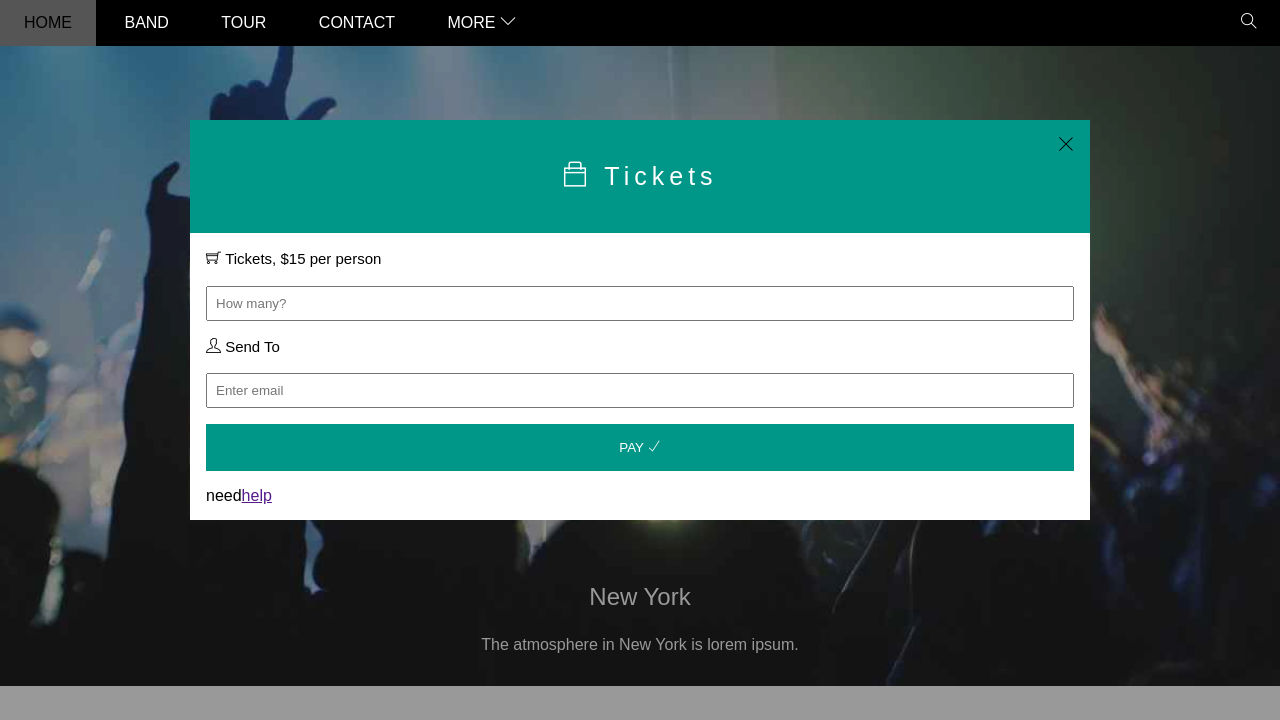
Repository: tung1233hhhhhhhhhhhhh/Website
Page: w3_band/index.html
An editor plug-in stored every save of this project. The page is shown before and after the next save, followed by the edit.
The browser window is 1280 px wide. The pictures show the window.
A layer covers the whole window, so only the first screen is drawn.

Above is the page before, as saved 2023-02-18 21:46:49.

### w3_band/index.html
<!DOCTYPE html>
<html lang="en">

<head>
    <meta charset="UTF-8">
    <meta http-equiv="X-UA-Compatible" content="IE=edge">
    <meta name="viewport" content="width=device-width, initial-scale=1.0">
    <title>Document</title>
    <link rel="stylesheet" href="./assets/css/style.css">
    <link rel="stylesheet" href="/w3_band/assets/fonts/themify-icons/themify-icons.css">
    <link rel="stylesheet" href="./modal.js">
</head>

<body>
    <div id="main">
        <div id="header">
            <div id="nav">
                <ul>
                    <li><a href="">Home</a></li>
                    <li><a href="">Band</a></li>
                    <li><a href="">Tour</a></li>
                    <li><a href="">Contact</a></li>
                    <li class="icon">
                        <a href="">
                            More
                            <i class="ti-angle-down"></i>
                        </a>
                        <div class="subnav">
                            <ul>
                                <li><a href="">Merchandise</a></li>
                                <li><a href="">Extras</a></li>
                                <li><a href="">Media</a></li>
                            </ul>
                        </div>
                    </li>
                </ul>
                <div class="icon-search">
                    <i class="ti-search"></i>
                </div>
            </div>
        </div>

        <div id="slider">
            <div class="silder-content">
                <h2 class="silder-heading">New York</h2>
                <p class="silder-discreption">The atmosphere in New York is lorem ipsum.</p>
            </div>
        </div>

        <div id="content">
            <!-- about content -->
            <div class="content-selection">
                <h2 class="text-heading">THE BAND</h2>
                <p class="text-sub-heading">We love music</p>
                <p class="text-content">
                    We have created a fictional band website. Lorem ipsum dolor sit amet, consectetur adipiscing elit,
                    sed do eiusmod tempor incididunt ut labore et dolore magna aliqua. Ut enim ad minim veniam, quis
                    nostrud exercitation ullamco laboris nisi ut aliquip ex ea commodo consequat. Duis aute irure dolor
                    in reprehenderit in voluptate velit esse cillum dolore eu fugiat nulla pariatur. Excepteur sint
                    occaecat cupidatat non proident, sunt in culpa qui officia deserunt mollit anim id est laborum
                    consectetur adipiscing elit, sed do eiusmod tempor incididunt ut labore et dolore magna aliqua. Ut
                    enim ad minim veniam, quis nostrud exercitation ullamco laboris nisi ut aliquip ex ea commodo
                    consequat.
                </p>
                <!-- img -->
                <div class="team-selection">
                    <div class="sub-selection">
                        <p class="text-selection">Team</p>
                        <img src="/w3_band/assets/img/name.jpg" alt="" class="img-selection">
                    </div>

                    <div class="sub-selection">
                        <p class="text-selection">Team</p>
                        <img src="/w3_band/assets/img/name.jpg" alt="" class="img-selection">
                    </div>

                    <div class="sub-selection">
                        <p class="text-selection">Team</p>
                        <img src="/w3_band/assets/img/name.jpg" alt="" class="img-selection">
                    </div>
                </div>
            </div>

            <!-- tour content -->

            <div class="content-tour">
                <div class="tour-body">
                    <div class="content-selection">
                        <h2 class="text-heading">TOUR DATES</h2>
                        <p class="text-sub-heading">Remember to book your tickets!</p>
                    </div>

                    <ul class="tour-text">
                        <li>
                            September
                            <span>Sold out</span>
                        </li>
                        <li>
                            October
                            <span>Sold out</span>
                        </li>
                        <li>
                            November
                            <span class="number">3</span>
                        </li>
                    </ul>

                    <div class="tour-list">
                        <div class="tourimg-selection">
                            <img src="/w3_band/assets/img/anh1.jpg" alt="">
                            <div class="container">
                                <p>
                                    <b>New York</b>
                                </p>
                                <p style="opacity: 0.6;">Fri 27 Nov 2016</p>
                                <p>Praesent tincidunt sed tellus ut rutrum sed vitae justo.</p>
                                <button> Buy Tickets</button>
                            </div>


                        </div>
                        <div class="tourimg-selection">
                            <img src="/w3_band/assets/img/anh2.jpg" alt="">
                            <div class="container">
                                <p>
                                    <b>Paris</b>
                                </p>
                                <p style="opacity: 0.6;">Sat 28 Nov 2016</p>
                                <p>Praesent tincidunt sed tellus ut rutrum sed vitae justo.</p>
                                <button> Buy Tickets</button>
                            </div>
                        </div>
                        <div class="tourimg-selection">
                            <img src="/w3_band/assets/img/anh3.jpg" alt="">
                            <div class="container">
                                <p>
                                    <b>San Francisco</b>
                                </p>
                                <p style="opacity: 0.6;">Sun 29 Nov 2016</p>
                                <p>Praesent tincidunt sed tellus ut rutrum sed vitae justo.</p>
                                <button> Buy Tickets</button>
                            </div>
                        </div>
                    </div>
                </div>
            </div>

            <!-- contact content -->

            <div class="contact-content">
                <div class="content-selection">
                    <h2 class="text-heading">CONTACT</h2>
                    <p class="text-sub-heading">Fan? Drop a note!</p>
                    <div class="contact">
                        <div class="contact-left">
                            <i class="ti-location-pin"></i>
                            Chicago, US
                            <br>
                            <i class="ti-mobile"></i>
                            Phone: +00 151515
                            <br>
                            <i class="ti-email"></i>
                            Email: mail@mail.com
                        </div>
                        <div class="contact-right">
                            <form action="">
                                <div class="account">
                                    <input type="text" placeholder="Name">
                                    <input type="text" placeholder="Email">
                                </div>
                                <input class="mes" type="text" placeholder="Message">
                                <button>SEND</button>
                            </form>
                        </div>
                    </div>
                </div>

            </div>

            <!-- image of location/map -->

            <div class="banner-image">
                <img src="/w3_band/assets/img/map.jpg" alt="">

            </div>


        </div>

        <div id="footer">
            <i class="ti-facebook"></i>
            <i class="ti-instagram"></i>
            <i class="ti-vimeo-alt"></i>
            <i class="ti-pinterest"></i>
            <i class="ti-twitter-alt"></i>
            <i class="ti-linkedin"></i>
            <p>Powered by <a href="">w3.css</a></p>
        </div>
    </div>
    <div class="modal">
        <div class="modal-container">
            <div class="modal-close">
                <i class="ti-close"></i>
            </div>
            <header>
                <i class="ti-bag"></i>
                Tickets

            </header>
            <div class="modal-body">
                <label for="" class="modal-lable">
                    <i class="ti-shopping-cart"></i>
                    Tickets, $15 per person
                </label>
                <input type="text" class="input-lable" placeholder="How many?">
                <label for="" class="modal-lable">
                    <i class="ti-user"></i>
                    Send To
                </label>
                <input type="text" class="input-lable" placeholder="Enter email">
                <button class="modal-button">PAY
                    <i class="ti-check"></i>
                </button>
                <p>need<a href="">help</a></p>
            </div>

        </div>
    </div>


</body>

</html>

### w3_band/assets/css/style.css
* {
    padding: 0;
    margin: 0;
    box-sizing: border-box;
}

html {
    font-family: Arial, Helvetica, sans-serif;
}

#main {}

#header {
    height: 46px;
    background-color: #000;
    position: fixed;
    top: 0;
    right: 0;
    left: 0;
    z-index: 1;
}

#nav li {
    display: inline-block;
    position: relative;
}

#nav li:hover .subnav {
    display: block;
}

#nav>ul>li:hover>a>i,
#nav .subnav li:hover,
#nav>ul>li:hover>a {
    color: #000;
    background-color: #555;
}

#nav .subnav {
    display: none;
    position: absolute;
    background-color: #FFF;
    box-shadow: 0 0 20px rgba(0, 0, 0, 0.4);
}

#nav .subnav a {
    color: #000;
    padding: 0 12px;
    line-height: 38px;
}

#nav .subnav ul li {
    display: block;
    min-width: 150px;
}

#nav>ul>li>a {
    color: #fff;
    text-transform: uppercase;
}

#nav ul {
    display: inline-block;
}

#nav li a {
    text-decoration: none;
    line-height: 46px;
    padding: 0 24px;
    display: block;
}

#nav i {
    color: #fff;
    width: 20px;
}

#header .icon-search {
    display: block;
    float: right;
    line-height: 46px;
    padding: 0 23px;
}

#header .icon-search:hover {
    cursor: pointer;
    background-color: #f44336;
}

#slider {
    margin-top: 46px;
    padding-top: 50%;
    background: url(/w3_band/assets/img/ny.jpg) top center / cover no-repeat;
    position: relative;
}

.silder-content {
    position: absolute;
    bottom: 0;
    color: #fff;
    padding-bottom: 32px;
    text-align: center;
    width: 100%;
}

.silder-heading {
    font-weight: 500;
}

.silder-discreption {
    margin-top: 25px;
}

#content {}

#content .content-selection {
    padding: 64px 0px;
    margin-left: auto;
    margin-right: auto;
    width: 800px;
}

#content .content-selection .text-heading {
    text-align: center;
    font-size: 30px;
    font-weight: 500;
    letter-spacing: 4px;
}

#content .content-selection .text-sub-heading {
    text-align: center;
    font-size: 15px;
    margin-top: 25px;
    opacity: 0.6;
    font-style: italic;
}

#content .content-selection .text-content {
    font-size: 15px;
    margin-top: 25px;
    text-align: justify;
    line-height: 1.4;
}

#content .content-selection .team-selection {
    padding-top: 47px;
    padding-bottom: 32px;
    justify-items: space-between;
}

#content .team-selection .sub-selection {
    display: inline-block;
    text-align: center;
}

#content .sub-selection p {
    margin: 15px 0;
}



#content .team-selection .img-selection {
    width: 60%;
    border-radius: 4px;
    margin-bottom: 16px;
}

/* tour content  */


#content .content-tour {
    height: 850px;
    background-color: #000;
    color: #fff;
}

#content .content-tour .tour-body {
    width: 800px;
    margin-left: auto;
    margin-right: auto;
}

#content .content-tour .tour-text {
    background-color: #FFF;
    display: block;
    color: #000;
}

#content .tour-text>li {
    height: 22, 5px;
    padding: 8px 16px;
    list-style: none;
}

#content .tour-text>li:first-child {
    border-bottom: 1px solid #999;
}

#content .tour-text>li:last-child {
    border-top: 1px solid #999;
}

#content .tour-text span {
    /* border-radius: 4px; */
    display: inline-block;
    background-color: red;
    padding: 4px;
    margin-left: 4px;
    color: #fff;
}

#content .tour-text .number {
    /* margin-left: 50px; */
    background-color: black;
    float: right;
    border-radius: 50%;
    margin-top: -3px;
}

#content .tour-list {
    padding: 32px 0;
    right: 0;
    left: 0;
    margin: 0 -8px;
    position: relative;
}

#content .tourimg-selection {
    width: 33.33333%;
    float: left;
    padding: 0 8px;
    justify-content: space-between;
}

#content .tourimg-selection .container {
    /* text-align: center; */
    background-color: #fff;
    color: #000;
    height: 204px;
    padding-left: 16px;
    font-size: 15px;
    line-height: 1.5;
    margin-top: -4px;
    margin-bottom: 15px;
}



#content .tourimg-selection .container>p {
    padding-top: 15px;
}

#content .tourimg-selection .container button {
    color: #fff;
    background-color: #000;
    margin-top: 15px;
    text-align: center;
    cursor: pointer;
    white-space: nowrap;
    border: none;
    display: inline-block;
    padding: 8px 16px;
    vertical-align: middle;
    overflow: hidden;
    text-decoration: none;
}

#content .container button:hover {
    background-color: #ccc;
    color: #000;
}

#content .tourimg-selection img {
    width: 100%;
    background-image: cover;
}

/* contact content */


#content .contact-content {
    padding: 45px 0;
}

#content .contact {
    padding-top: 47px;
    padding-bottom: 32px;
}

#content .contact .contact-left {
    width: 49%;
    display: inline-block;
    font-size: 18px;
}

#content .contact .contact-left i {
    display: inline-block;
    font-size: inherit;
    width: 30px;
    line-height: 1.5;
}

#content .contact .contact-right {
    width: 49%;
    /* display: inline-block; */
    float: right;
}


.contact .contact-right form {
    width: 400px;
    position: relative;
    display: inline-block
}

.contact .contact-right form .account {
    margin-bottom: 10px;
}

.contact .contact-right .account input {
    padding: 8px;
    margin-right: 16px;
}

.contact .contact-right form .mes {
    width: 95.7%;
    padding: 8px;
}

.contact .contact-right form button {
    /* position: absolute; */
    margin: 16px 0;
    padding: 8px 16px;
    margin-left: 309px;
    background-color: black;
    color: #fff;
}

.contact .contact-right form button:hover {
    cursor: pointer;
    background-color: #ccc;
    color: black;
    border: none;
}

/* image of location/map */

.banner-image img {
    width: 100%;
    filter: grayscale(50%);
}

#content {}


#footer {
    padding: 64px 16px;
    text-align: center;
    justify-content: center;
    opacity: 0.6;
}

#footer p {
    margin: 30px 0;
    display: block;
    font-size: 15px;
}

#footer i {
    font-size: 25px;

    display: inline-block;
    text-rendering: auto;
}


.modal {
    position: fixed;
    top: 0;
    left: 0;
    right: 0;
    bottom: 0;

    background-color: rgba(0, 0, 0, 0.4);
}

.modal .modal-container {
    width: 900px;
    height: 400px;
    background-color: #FFF;
    margin: 0 auto;
    transform: translateY(30%);
    position: relative;
}

.modal .modal-container .modal-close {
    position: absolute;
    right: 0;
    padding: 16px;
}

.modal .modal-container .modal-close:hover {
    cursor: pointer;
    background-color: #ccc;
    color: black;
}

.modal header {
    width: 900px;
    padding: 42px 16px;
    background-color: #009688;
    font-size: 25px;
    color: #FFF;
    letter-spacing: 5px;
    text-align: center;
    align-items: center;
}

.modal .modal-body {
    width: 100%;
    padding: 0 16px;
}

.modal .modal-body .modal-lable {
    display: block;
    margin-top: 15px;
    margin-bottom: 15px;
    font-size: 15px;
    line-height: 1.5;
}

.modal .modal-body .input-lable {
    width: 100%;
    padding: 8px;
}

.modal .modal-body .modal-button {
    width: 100%;
    margin-top: 16px;
    margin-bottom: 16px;
    padding: 16px;
    background-color: #009688;
    color: #FFF;
    border: none;
}

.modal .modal-body .modal-button:hover {
    color: #000;
    background-color: #ccc;
    cursor: pointer;
}

Loaded but not shown: w3_band/assets/fonts/themify-icons/themify-icons.css (common file); w3_band/modal.js (no stored copy; drawn as an empty file)

After the next save:
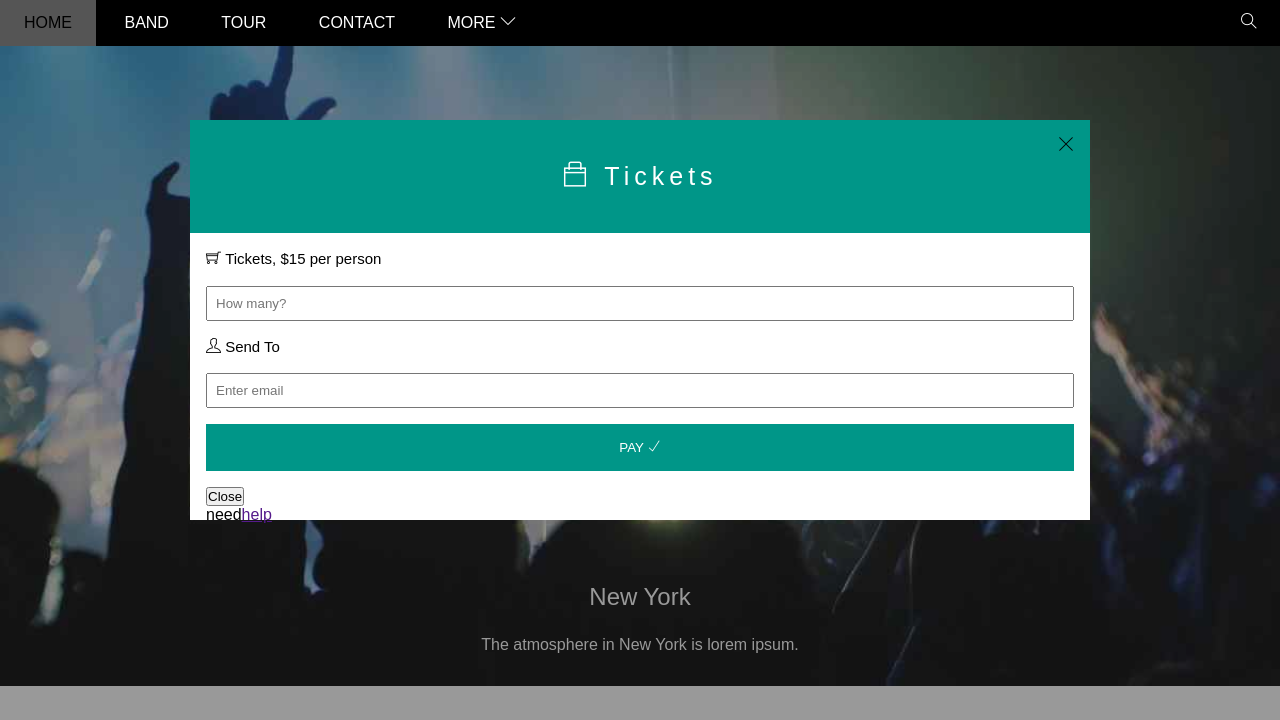
Saved 68 s later.
--- a/w3_band/index.html
+++ b/w3_band/index.html
@@ -221,6 +221,7 @@
                 <button class="modal-button">PAY
                     <i class="ti-check"></i>
                 </button>
+                <button class="modal_button-close">Close</button>
                 <p>need<a href="">help</a></p>
             </div>
 
